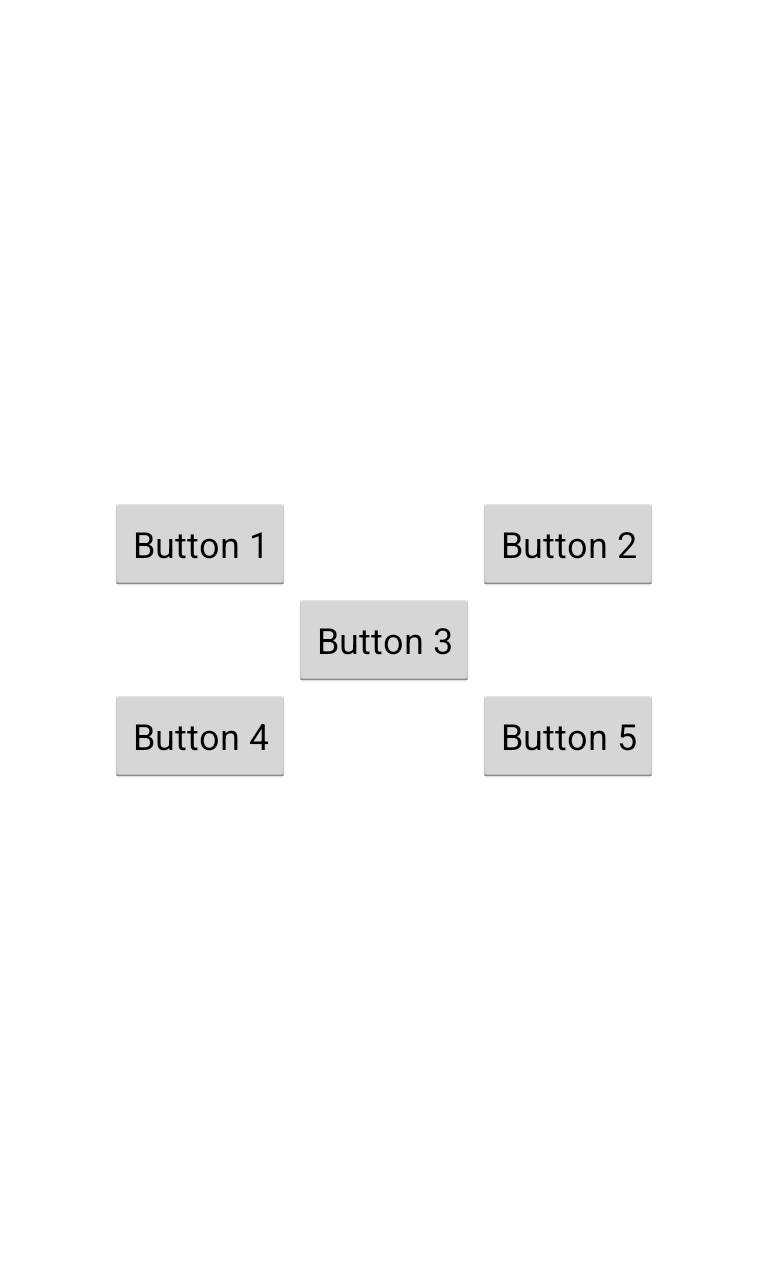
Repository: Wang-Xuan/Hello-World
Layout: UILayoutTest/res/layout/activity_main.xml
An editor plug-in stored every save of this project. The layout is shown before and after the next save, followed by the edit.
It is drawn on a 768 x 1280 px phone screen (xhdpi) without system bars, with theme AppTheme; the app's code is not run.

Above is the layout before, as saved 2014-12-07 07:20:36.

After the next save:
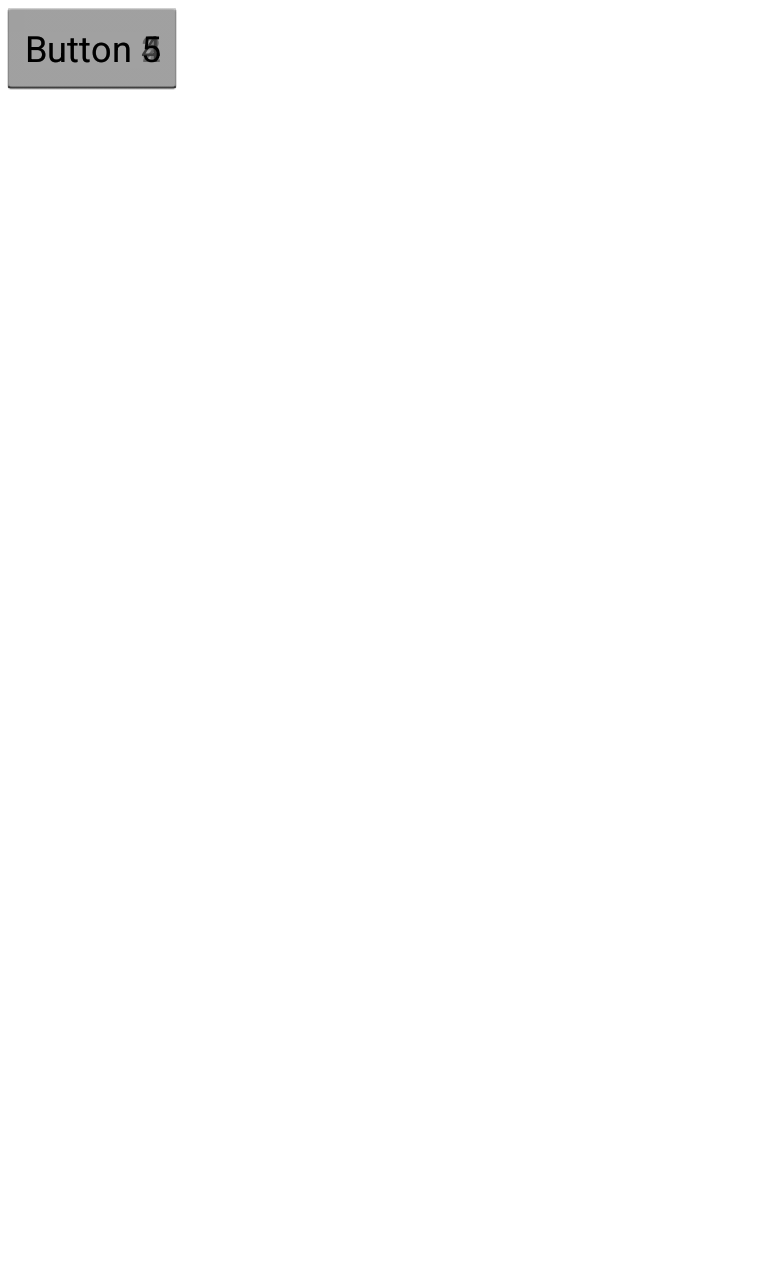
Saved 5 min 18 s later.
--- a/UILayoutTest/res/layout/activity_main.xml
+++ b/UILayoutTest/res/layout/activity_main.xml
@@ -1,4 +1,4 @@
-<RelativeLayout xmlns:android="http://schemas.android.com/apk/res/android"
+<FrameLayout xmlns:android="http://schemas.android.com/apk/res/android"
     android:layout_width="match_parent"
     android:layout_height="match_parent" >
 
@@ -41,4 +41,4 @@
         android:layout_toRightOf="@id/button3"
         android:text="Button 5" />
 
-</RelativeLayout>
+</FrameLayout>
